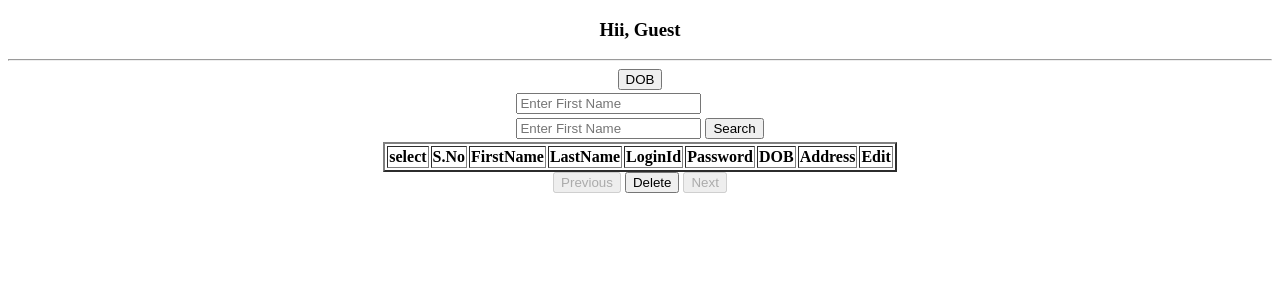
Repository: Jatdevta/AdvanceJava
Page: http://localhost/DynamicProject/UserListCtl
The author's editor kept a copy of each file at every save. The page is drawn from the files as they stood at one save, then again after the next save.
The browser window is 1280 px wide. The pictures show the whole page.
The page is served by Tomcat 9. Queries for data that is not in the repository find no rows.

Above is the page before, as saved 2023-08-23 09:06:07.

After the next save:
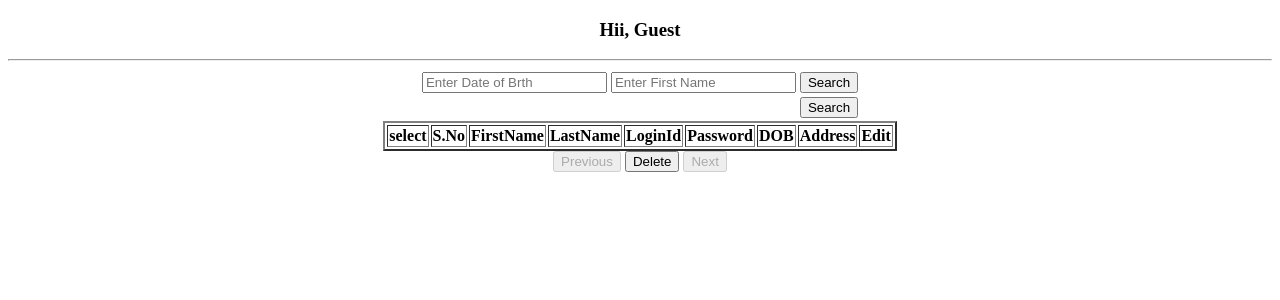
Saved 78 s later.
--- a/Advancejava/DynamicProject/WebContent/UserListView.jsp
+++ b/Advancejava/DynamicProject/WebContent/UserListView.jsp
@@ -25,13 +25,14 @@
 
 		<tr>
 
-				<th><input type="text" placeholder="Enter First Name" name="DOB"></th>
-				<input type="submit" name="operation" value="DOB">
+				<th><input type="text" placeholder="Enter Date of Brth" name="DOB">
+				<input type="text" placeholder="Enter First Name" name="firstName"></th>
+				<td><input type="submit" name="operation" value="Search"></td>
 
 			</tr>
 			<tr>
 
-				<th><input type="text" placeholder="Enter First Name" name="firstName"></th>
+				<th></th>
 				<td><input type="submit" name="operation" value="Search"></td>
 
 			</tr>
